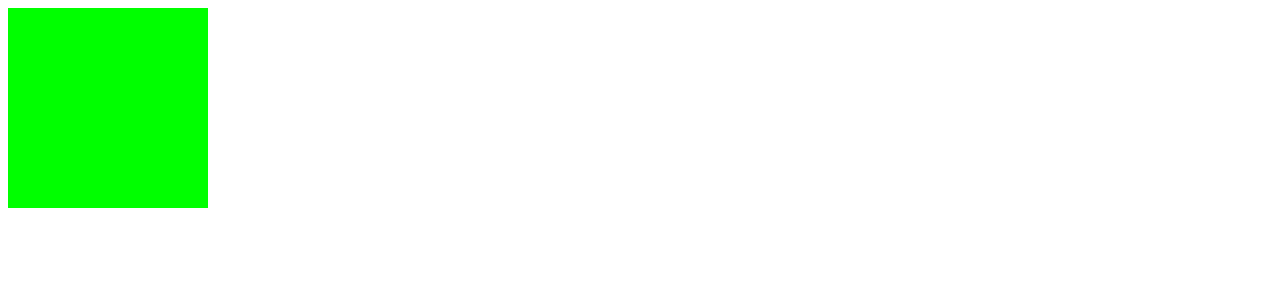
Repository: LstHeart/html-learning
Page: css3/CSS3颜色.html
These files come from the project's save history. The page is drawn as it stood at one moment and after the next save; the edit follows.
The browser window is 1280 px wide. The pictures show the whole page.

Above is the page before, as saved 2021-01-12 16:12:57.

After the next save:
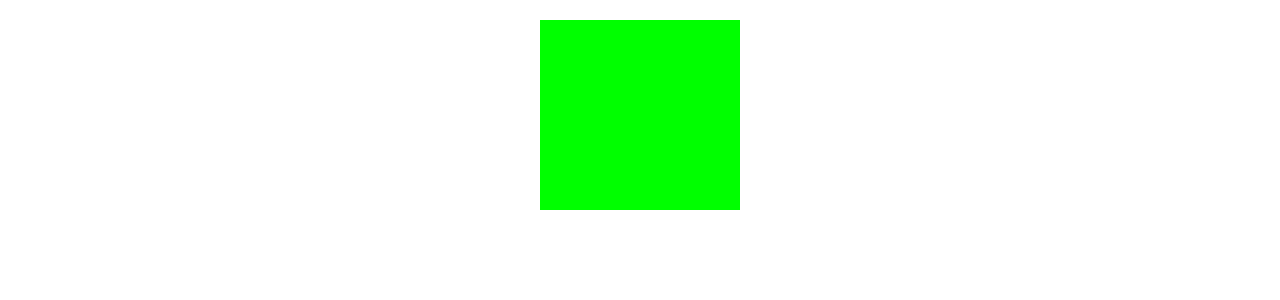
Saved 7 s later.
--- a/css3/CSS3颜色.html
+++ b/css3/CSS3颜色.html
@@ -14,8 +14,6 @@
         width: 200px;
         height: 200px;
         margin: 10px auto;
-        top: 0;
-        margin:0;
         /* background-color: rgb(255, 0, 0); */
         /* background-color: rgba(255, 0, 0, 0.6); */
       }
